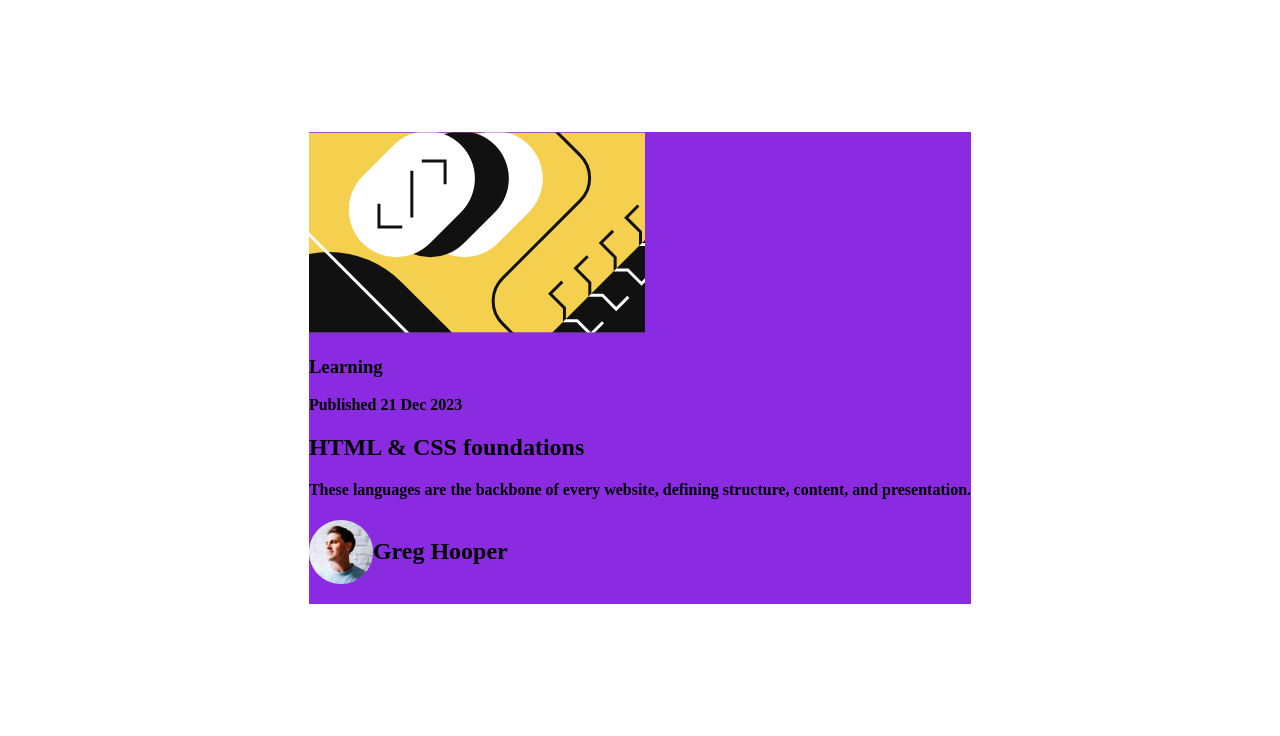
Repository: reemoon-ctrl/blog-preview-card
Page: index.html
An editor plug-in stored every save of this project. The page is shown before and after the next save, followed by the edit.
The browser window is 1280 px wide. The pictures show the whole page.

Above is the page before, as saved 2024-07-19 13:47:28.

### index.html
<!DOCTYPE html>
<html>
    <head>
        <title>Frontend Mentor | Blog preview card</title>
        <link rel="stylesheet" href="index.css" />


    </head>
    <body>
        <article class="blog-card-article">
            <div class="blog-card">
                <img class="blog-img"src="img\illustration-article.svg" alt="illustration-article" />
                <h3 class="blog-category">Learning</h3>
                <b class="blog-date">Published 21 Dec 2023</b>
                <h1 class="blog-title">HTML & CSS foundations</h1>
                <b class="blog-discrip">These languages are the backbone of every website, defining structure, content, and presentation.</b>
                <h2 class="blog-author"><img  src="img\image-avatar.webp" alt="Greg Hooper avatar"/>Greg Hooper</h2>
            </div>
        </article>

    </body>
</html>

### index.css
.blog-card-article{
    min-height: 100vh;
    display: flex;
    align-items:center;
    justify-content: center;


}

.blog-card{
    background-color: blueviolet;

}

.blog-img{


}

.blog-category{


}

.blog-date{

}

.blog-title{

}
.blog-discrip{

}

.blog-author{
    display: flex;
    align-items:center;

}

After the next save:
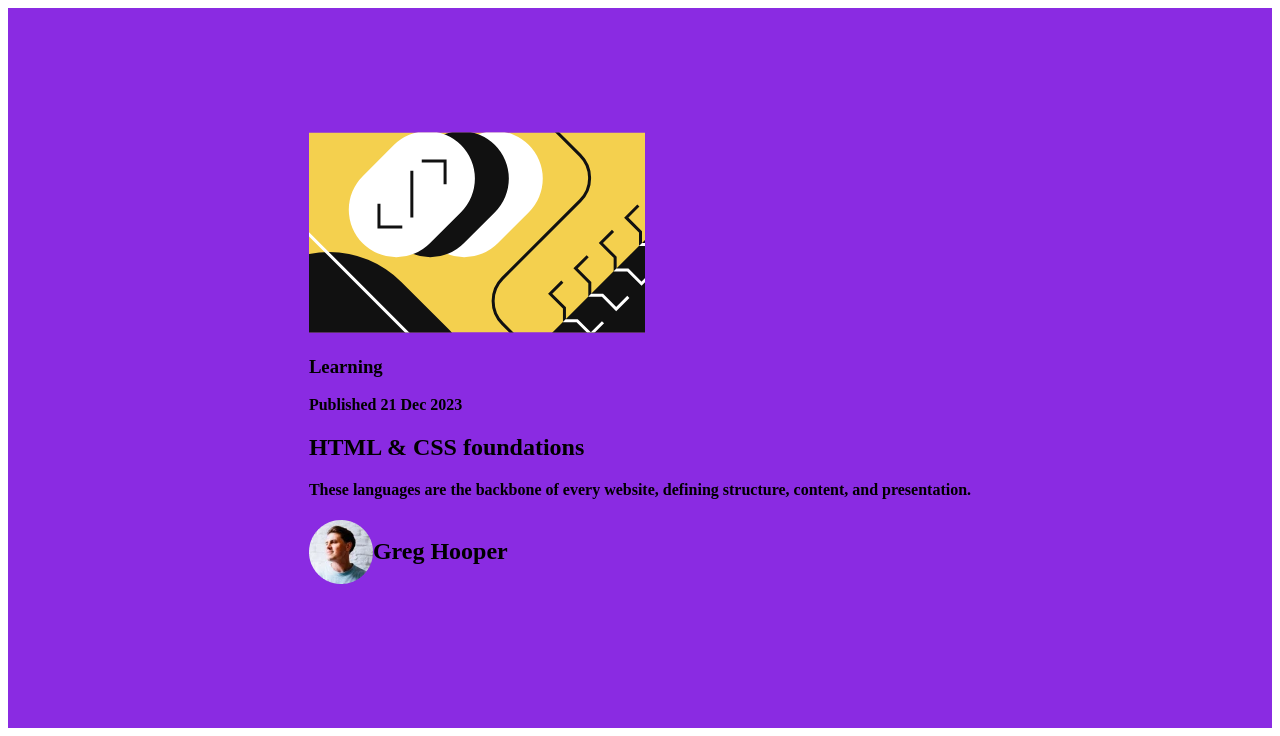
Saved 15 s later.
--- a/index.css
+++ b/index.css
@@ -3,7 +3,7 @@
     display: flex;
     align-items:center;
     justify-content: center;
-
+    background-color: blueviolet;
 
 }
 

After the save that followed:
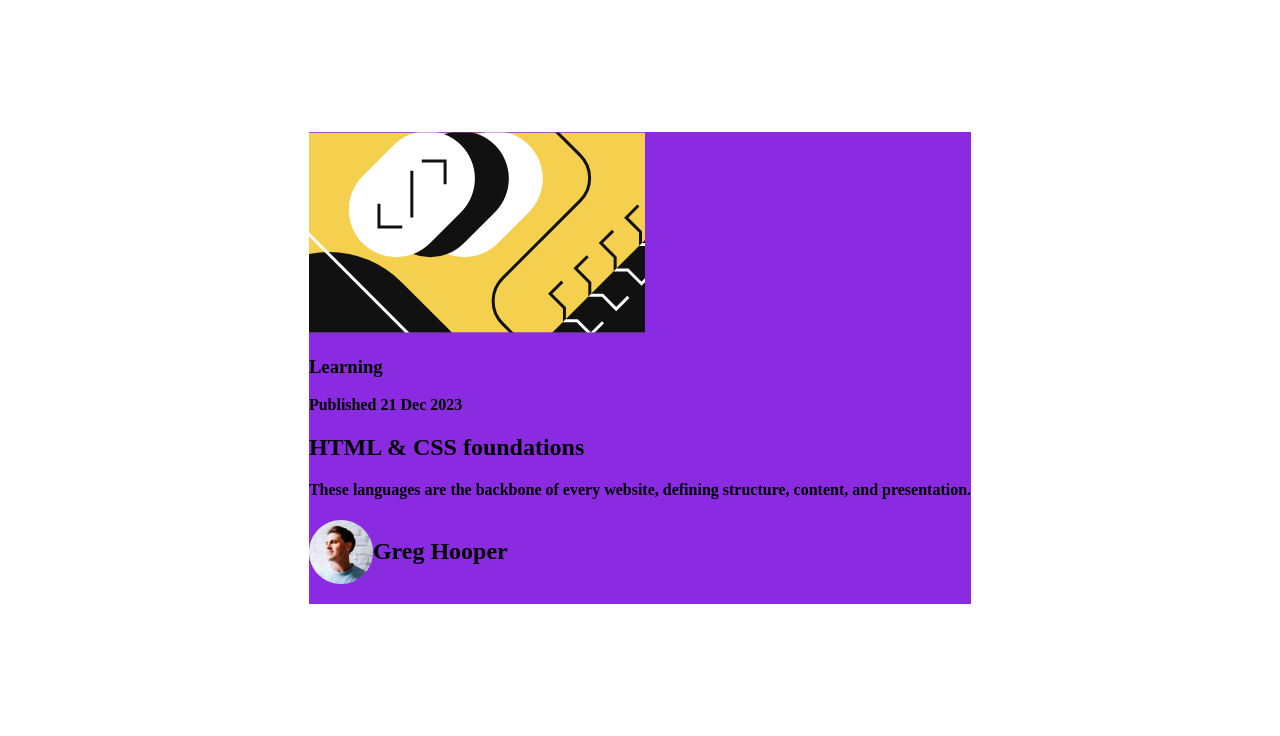
Saved 24 s later.
--- a/index.css
+++ b/index.css
@@ -3,7 +3,7 @@
     display: flex;
     align-items:center;
     justify-content: center;
-    background-color: blueviolet;
+    background-color:;
 
 }
 
